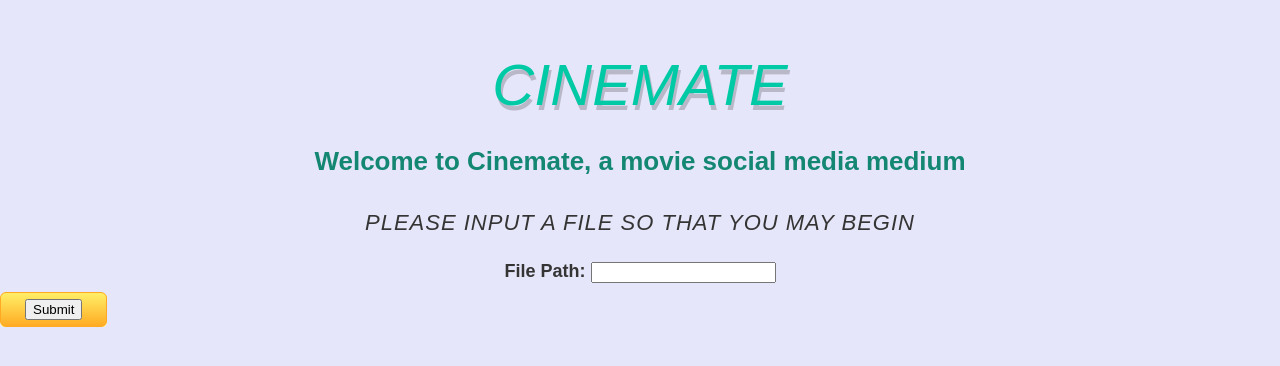
Repository: ir1998/cs201
Page: http://localhost/Assignment2/GetFile.jsp
An editor plug-in stored every save of this project. The page is shown before and after the next save, followed by the edit.
The browser window is 1280 px wide. The pictures show the whole page.
The page is served by Tomcat 9.

Above is the page before, as saved 2017-02-10 18:43:01.

After the next save:
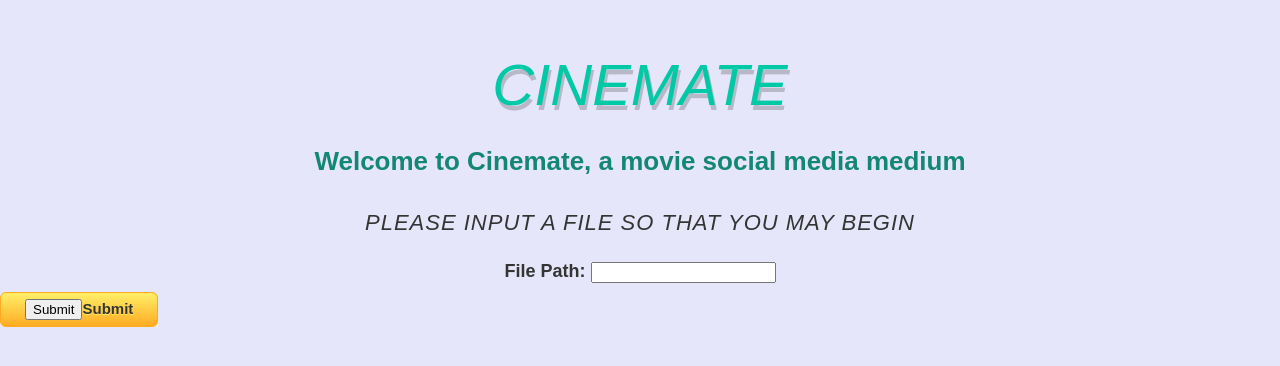
Saved 57 s later.
--- a/Assignment2/WebContent/GetFile.jsp
+++ b/Assignment2/WebContent/GetFile.jsp
@@ -15,7 +15,7 @@
 	<form id="form1" method="GET" action="FirstServlet">
 		<h2 id="Title4">File Path: <input type="text" name="file"></h2>
 		<div id="MyButton">
-			<button type="submit" value="Submit">Submit</button>
+			<input type="submit" value="Submit">Submit</input>
 		</div>
 	</form>
 <%} else{%>

After the save that followed:
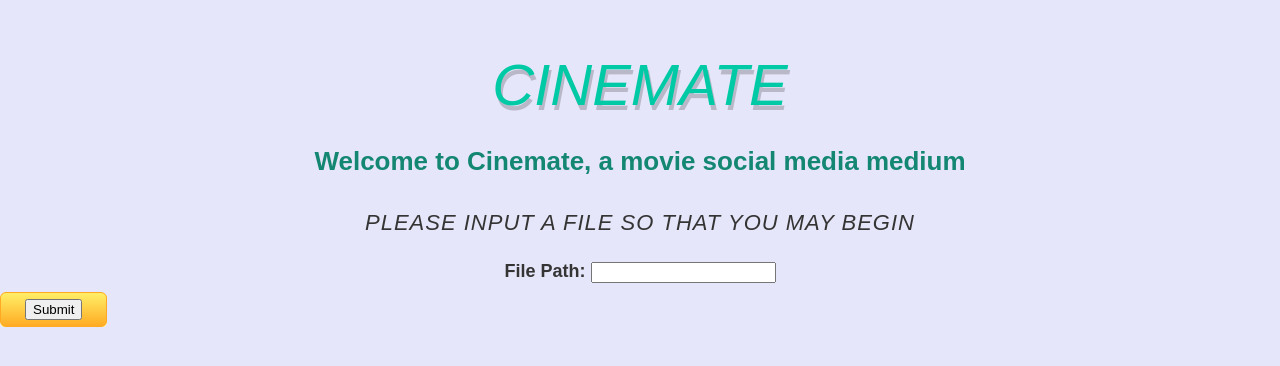
Saved 19 s later.
--- a/Assignment2/WebContent/GetFile.jsp
+++ b/Assignment2/WebContent/GetFile.jsp
@@ -15,7 +15,7 @@
 	<form id="form1" method="GET" action="FirstServlet">
 		<h2 id="Title4">File Path: <input type="text" name="file"></h2>
 		<div id="MyButton">
-			<input type="submit" value="Submit">Submit</input>
+			<input type="submit" value="Submit" name="Submit">
 		</div>
 	</form>
 <%} else{%>
